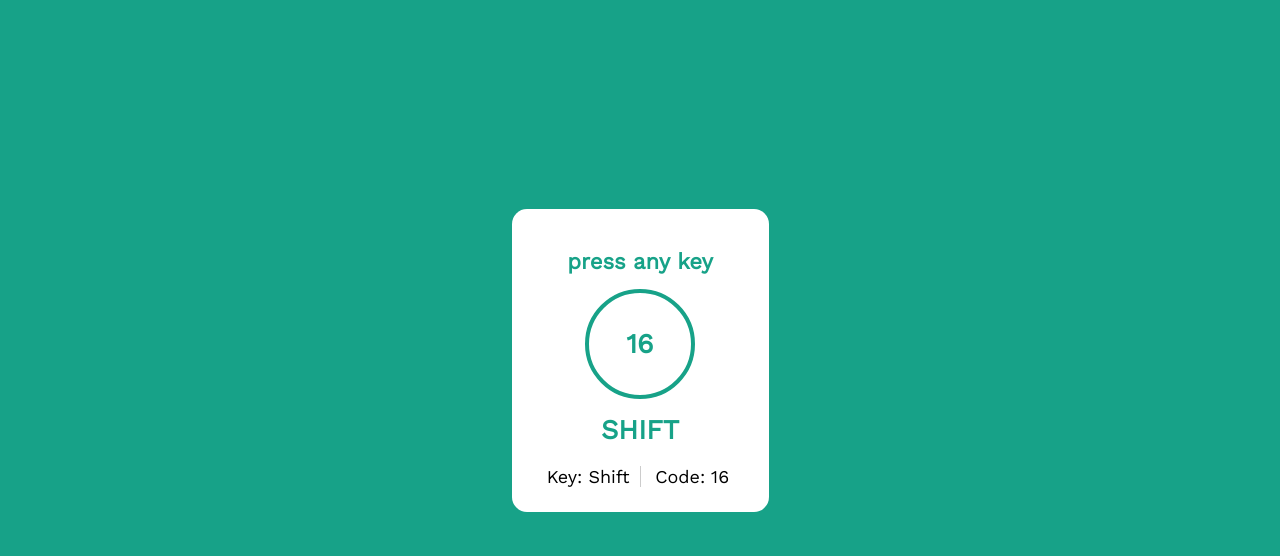
Repository: youssef168/Key-Detection
Page: index.htm
The author's editor kept a copy of each file at every save. The page is drawn from the files as they stood at one save, then again after a run of saves.
The browser window is 1280 px wide. The pictures show the whole page.

Above is the page before, as saved 2021-12-17 13:22:30.

### index.htm
<!DOCTYPE html>
<html lang="en">
<head>
    <meta charset="UTF-8">
    <meta http-equiv="X-UA-Compatible" content="IE=edge">
    <meta name="viewport" content="width=device-width, initial-scale=1.0">
    <link rel="stylesheet" href="./style.css">
    <title>Key Detection</title>
</head>
<body>
    <div class="box">
        <p class="text">press any key</p>
        <div class="content">
            <div class="key-code">16</div>
            <div class="key-name">shift</div>
            <div class="details">
                <p class="key">Key: <span>Shift</span></p>
                <p class="code">Code: <span>16</span></p>
            </div>
        </div>
    </div>

    <script src="./script.js"></script>
</body>
</html>

### style.css
@import url("https://fonts.googleapis.com/css2?family=Work+Sans:ital,wght@0,300;0,400;1,400;1,500&display=swap");

* {
  font-family: "Work Sans", sans-serif;
  box-sizing: border-box;
  padding: 0;
  margin: 0;
}

ul li {
  list-style: none;
}

body {
    display: flex;
    justify-content: center;
    align-items: center;
    min-height: 100vh;
    margin: auto;
    background-color: #17A288;
}

.box {
    background: #fff;
    padding: 25px;
    width: 257px;
    border-radius: 15px;
}

.content, .key-code, .details {
    display: flex;
    align-items: center;
    justify-content: center;
}

.box .content {
    flex-direction: column;
}
.key-code {
    border: 4px solid #17A288;
    border-radius: 50%;
    width: 110px;
    height: 110px;
    font-size: 27px;
}

.text ,.key-code, .key-name {
    font-size: 27px;
    font-weight:bold;
    color: #17A288;
    margin-top: 15px;
}

.text {
    text-align: center;
    font-size: 22px;
}

.key-name {
    text-transform: uppercase;
}

.details {
    width: 100%;
    justify-content: space-between;
    margin-top: 20px;
}

.details p {
    font-size: 18px;
    width: 100%;
    text-align: center;
}

.details p:last-child {
    border-left: 1px solid #ccc;
}

Loaded but not shown: script.js (no stored copy; drawn as an empty file)

After the next 2 saves:
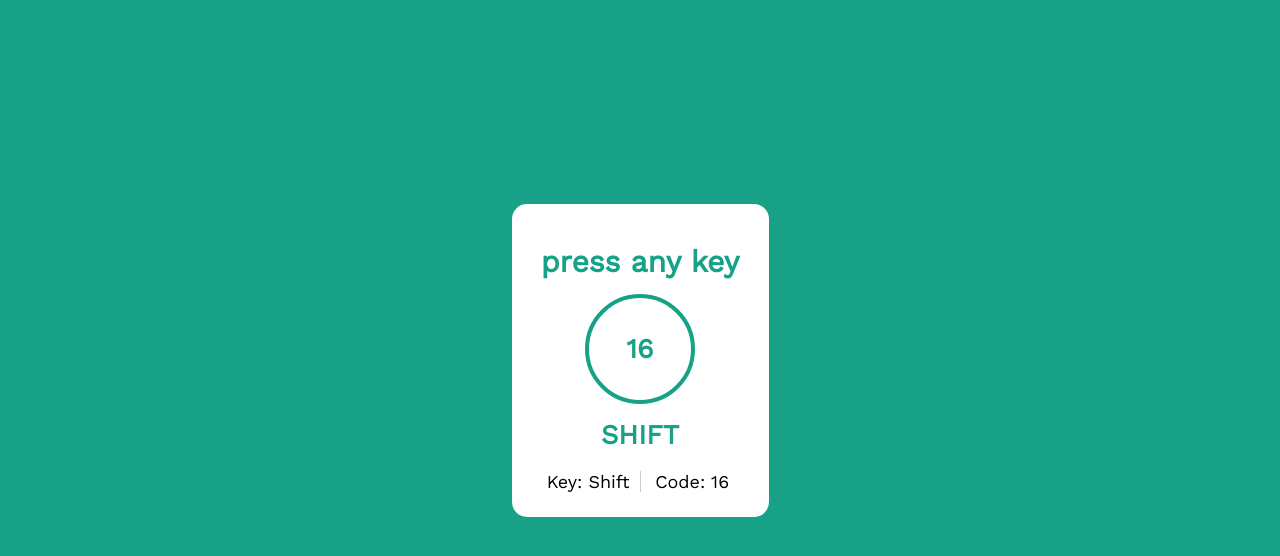
The 2 saves are shown as one change because they came seconds apart.
The last was saved 8 s later.
--- a/style.css
+++ b/style.css
@@ -53,7 +53,7 @@ body {
 
 .text {
     text-align: center;
-    font-size: 22px;
+    font-size: 30px;
 }
 
 .key-name {
